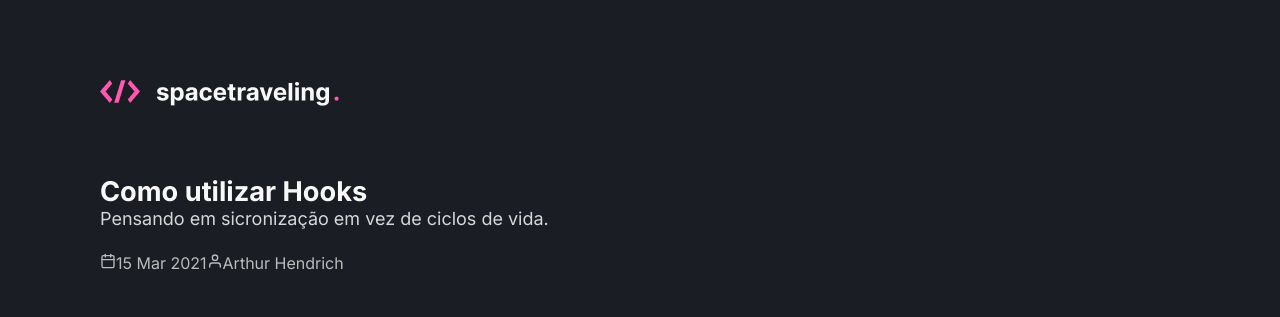
Repository: ArthurHendrich/Ignite-NextJS
Page: /
The author's editor kept a copy of each file at every save. The page is drawn from the files as they stood at one save, then again after the next save.
The browser window is 1280 px wide. The pictures show the whole page.
The project was rebuilt for these pictures with package versions that can differ from the ones it lists, and the page was loaded fresh each time. The framework's server and built-in components were replaced by stand-ins that run in the browser.

Above is the page before, as saved 2022-07-09 15:43:26.

After the next save:
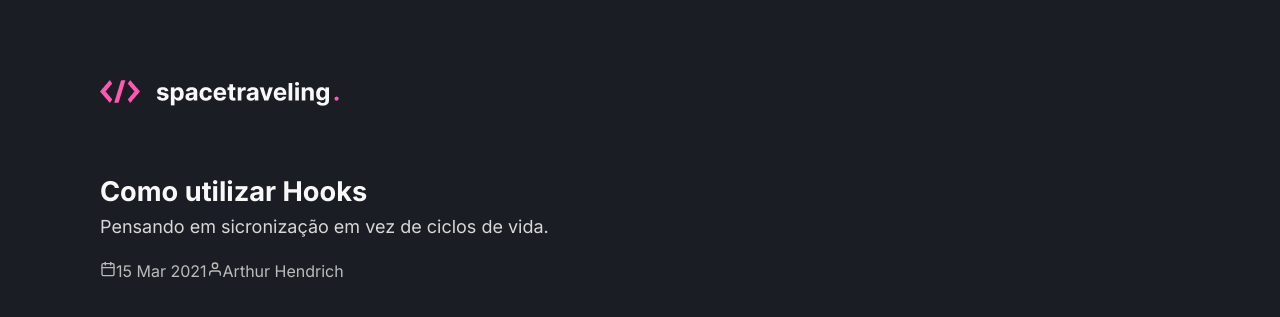
Saved 31 s later.
--- a/src/pages/home.module.scss
+++ b/src/pages/home.module.scss
@@ -7,6 +7,7 @@
   }
 
   p {
+    margin-top: 0.5rem;
     font-size: 1.125rem;
     color: var(--Body);
   }
